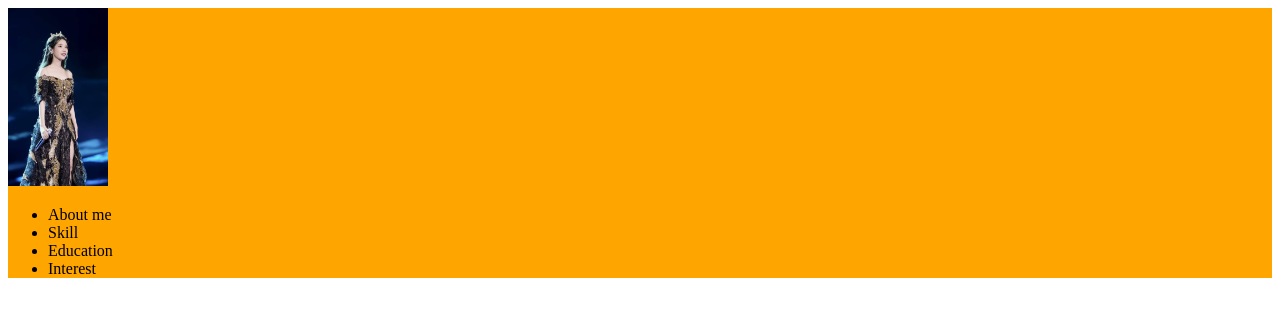
Repository: KinD2704/Web-University
Page: test/index.html
The author's editor kept a copy of each file at every save. The page is drawn from the files as they stood at one save, then again after the next save.
The browser window is 1280 px wide. The pictures show the whole page.

Above is the page before, as saved 2023-12-01 22:18:37.

### test/index.html
<!DOCTYPE html>
<html lang="en">
    <head>
        <meta charset="UTF-8" />
        <meta name="viewport" content="width=device-width, initial-scale=1.0" />
        <title>Document</title>
        <link rel="stylesheet" href="style.css" />
    </head>
    <body>
        <div class="main">
            <div class="menu">
                <div class="logo">
                    <img
                        src="IU.jpg"
                        width="100"
                        alt="Đây là hình ảnh của tôi"
                    />
                </div>
                <div class="list">
                    <ul>
                        <li>About me</li>
                        <li>Skill</li>
                        <li>Education</li>
                        <li>Interest</li>
                    </ul>
                </div>
            </div>
            <div class="para"></div>
        </div>
    </body>
</html>

### test/style.css
.main {
}
.main .menu {
    background-color: orange;
}

After the next save:
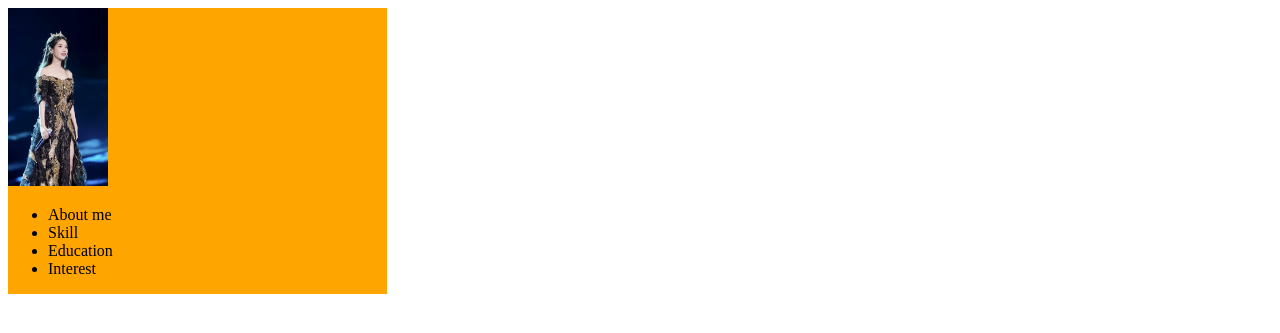
Saved 28 s later.
--- a/test/style.css
+++ b/test/style.css
@@ -2,4 +2,6 @@
 }
 .main .menu {
     background-color: orange;
+    width: 30%;
+    float: left;
 }
